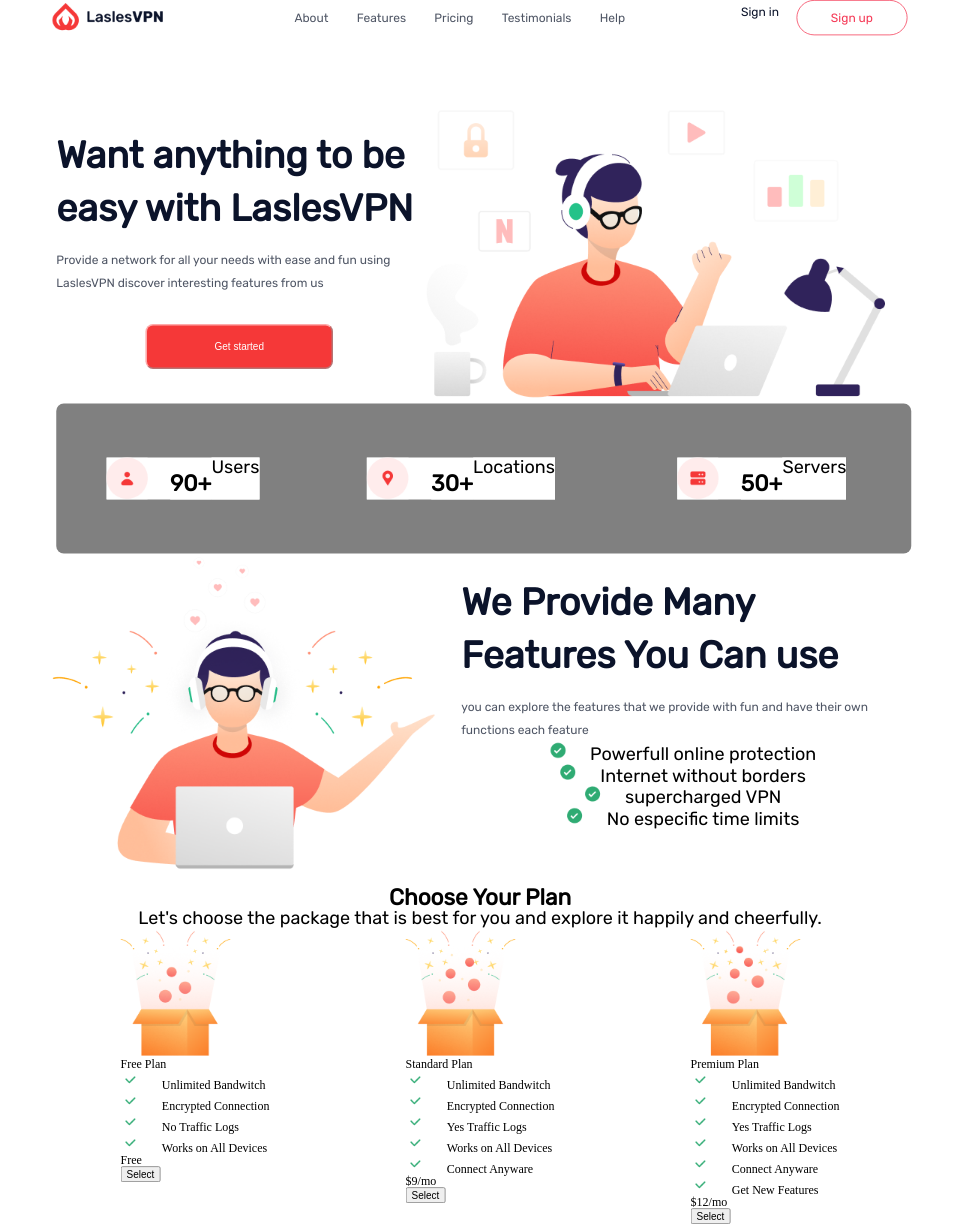
Repository: RaphaelMatheus-br/LP-251123
Page: index.html
The author's editor kept a copy of each file at every save. The page is drawn from the files as they stood at one save, then again after the next save.
The browser window is 1280 px wide. The pictures show the whole page, at 75% of full size.

Above is the page before, as saved 2023-11-25 16:55:08.

After the next save:
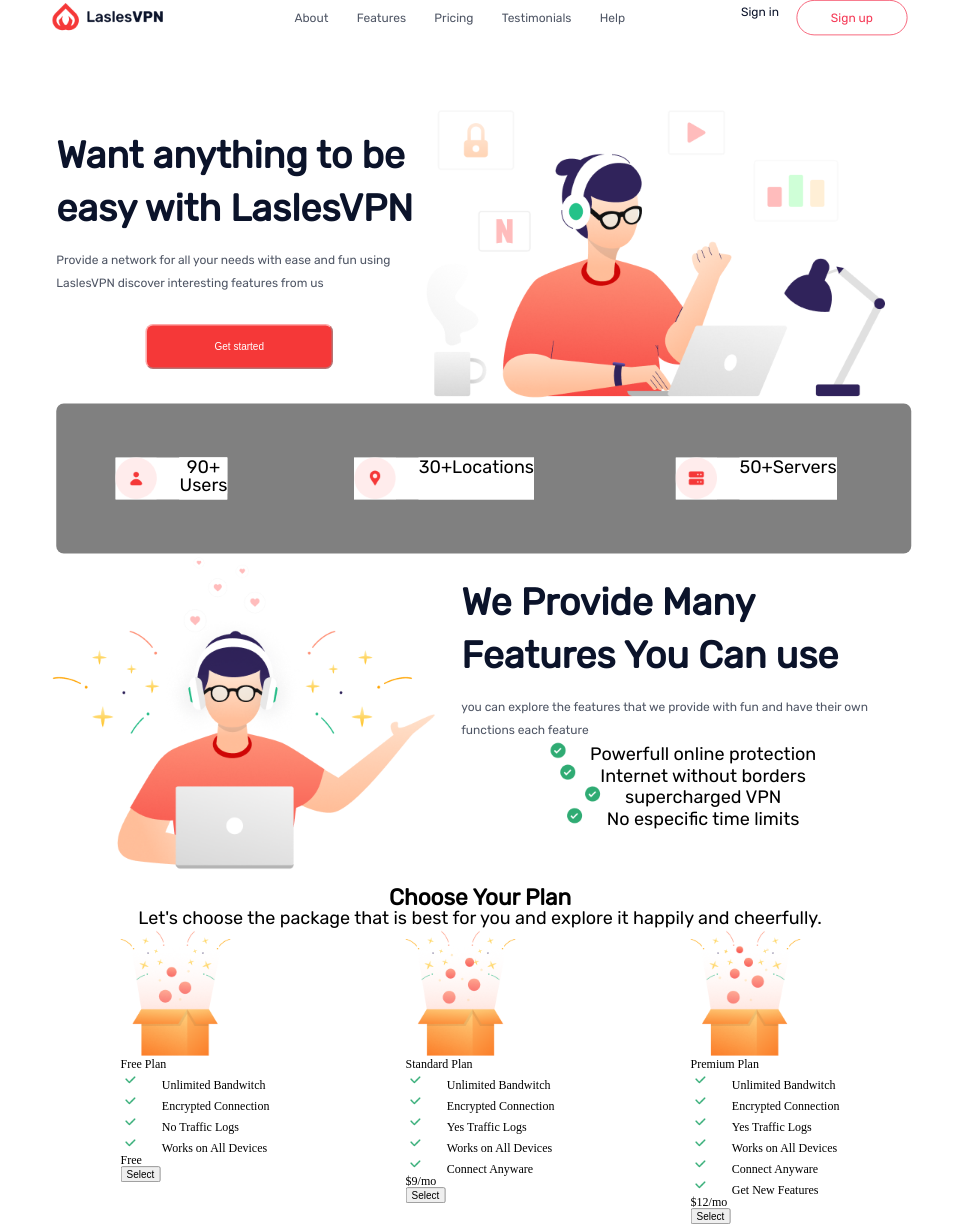
Saved 2 min 4 s later.
--- a/index.html
+++ b/index.html
@@ -55,17 +55,19 @@
             <div class="icons">
                 <div class="user">
                     <img src="./imagens/user.png" alt="user__img">
-                    <h1 class="sobre__user">90+</h1>
-                    <p class="p__user">Users</p>
+                        <div class="text">
+                            <h2 class="sobre__user">90+</h2>
+                            <p class="p__user">Users</p>
+                        </div>
                 </div>
                 <div class="location">
                     <img src="./imagens/location.png" alt="location">
-                    <h1 class="sobre__location">30+</h1>
+                    <h2 class="sobre__location">30+</h2>
                     <p class="p__location">Locations</p>
                 </div>
                 <div class="server">
                     <img src="./imagens/Server.png" alt="server">
-                    <h1 class="sobre__server">50+</h1>
+                    <h2 class="sobre__server">50+</h2>
                     <p class="p__server">Servers</p>
                 </div>
             </div>
